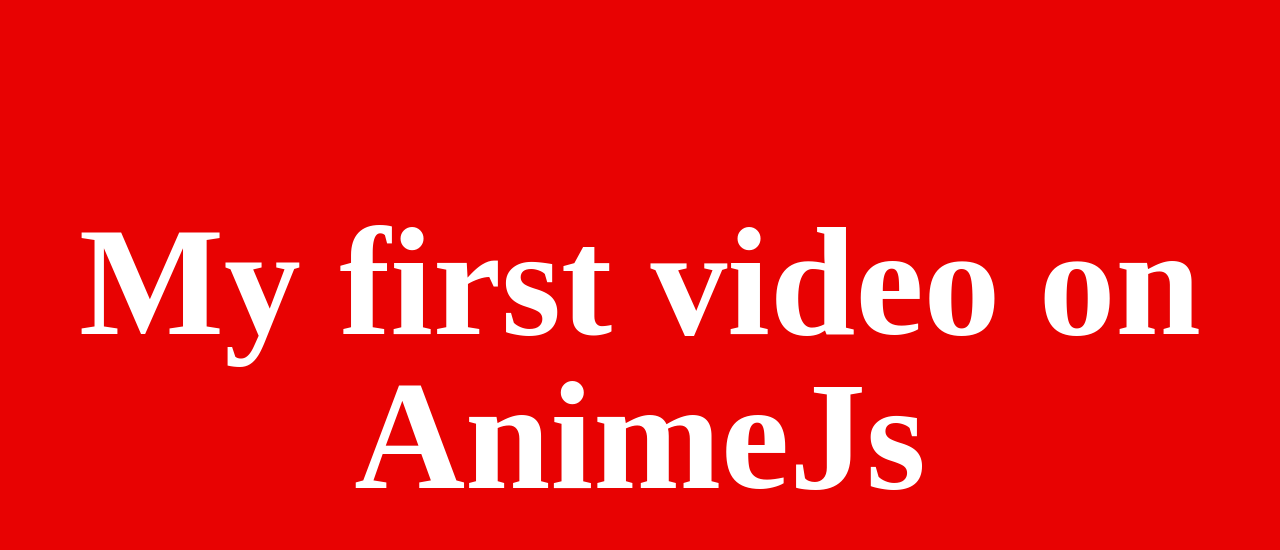
Repository: honghyunAhn/DailyFront
Page: Day210213_Background_Animation/index.html
An editor plug-in stored every save of this project. The page is shown before and after the next save, followed by the edit.
The browser window is 1280 px wide. The pictures show the whole page.

Above is the page before, as saved 2021-02-13 20:57:01.

### Day210213_Background_Animation/index.html
<!DOCTYPE html>
<html lang="en">
<head>
    <meta charset="UTF-8">
    <meta http-equiv="X-UA-Compatible" content="IE=edge">
    <meta name="viewport" content="width=device-width, initial-scale=1.0">
    <title>Background Animation | AnimeJS</title>
    <link rel="stylesheet" href="style.css">
</head>
<body>
    <div class="container">
        <h2><span>My first video on</span><br>AnimeJs</h2>
    </div>
</body>
</html>

### Day210213_Background_Animation/style.css
@import url("https://fonts.googleapis.com/css?family=Poppins:200,300,400,500,600,700,800,900&display=swap");
* {
  margin: 0;
  padding: 0;
  box-sizing: border-box;
  font-family: "Poppins" sans-serif;
}
body {
  position: relative;
  overflow: hidden;
  display: flex;
  justify-content: center;
  align-items: center;
  min-height: 100vh;
  background: #e80202;
}
.container {
  position: absolute;
  width: 100%;
  height: 100%;
  display: flex;
  justify-content: center;
  align-items: center;
}
h2 {
  color: #fff;
  text-align: center;
  font-size: 12vw;
  line-height: 1em;
  z-index: 1000;
  font-size: 900;
}

After the next save:
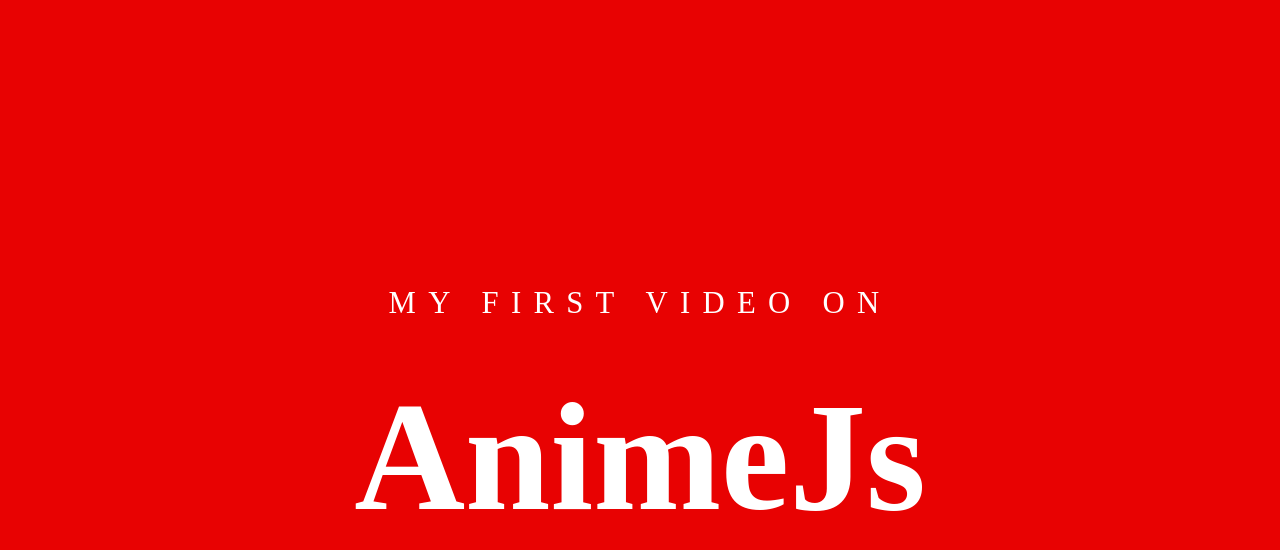
Saved 45 s later.
--- a/Day210213_Background_Animation/style.css
+++ b/Day210213_Background_Animation/style.css
@@ -30,3 +30,9 @@
   z-index: 1000;
   font-size: 900;
 }
+h2 span {
+  font-size: 0.2em;
+  letter-spacing: 0.4em;
+  font-weight: 400;
+  text-transform: uppercase;
+}
